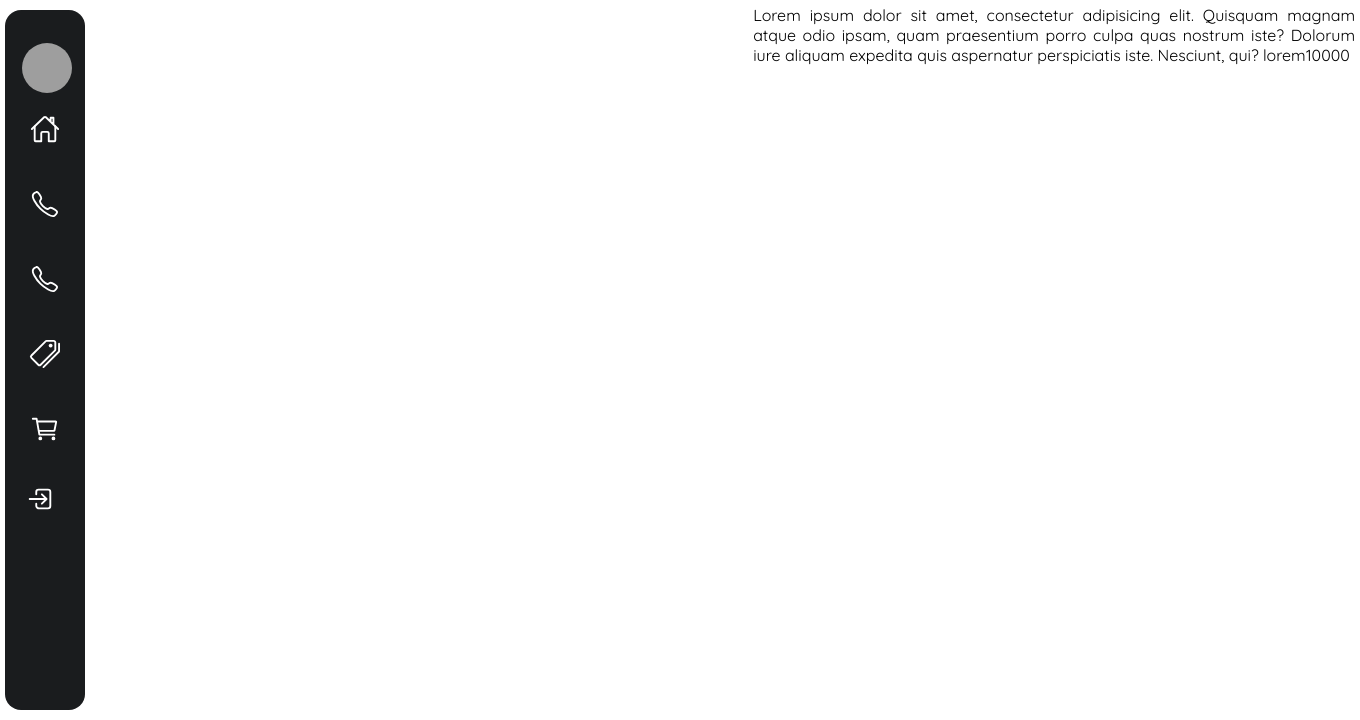
Repository: Fuocmanh/demo
Page: site/nav.html
An editor plug-in stored every save of this project. The page is shown before and after a run of saves, followed by the edit.
The browser window is 1280 px wide. The page is 1360 px wide, then 1280 px, so the pictures cover 1360 px, including what lies to the right of the window. The pictures show the whole page.
Pictures or frames that could not be fetched are drawn as grey boxes.

Above is the page before, as saved 2022-12-30 17:37:39.

### site/nav.html
<!DOCTYPE html>
<html lang="en">

<head>
    <meta charset="UTF-8">
    <meta name="viewport" content="width=device-width, initial-scale=1" />
    <link rel="stylesheet" href="../css/style.css">
    <script type="module" src="https://unpkg.com/ionicons@5.5.2/dist/ionicons/ionicons.esm.js"></script>
    <script nomodule src="https://unpkg.com/ionicons@5.5.2/dist/ionicons/ionicons.js"></script>
</head>

<body >
    <section id="sidebar">
        <div class="sidebar">
            <a href="#" class="logo">
                <img src="https://i.pinimg.com/550x/dd/6d/22/dd6d2277032c5f365dd3149d45b3a820.jpg" alt="" class="logo-image" />
            </a>
            <nav>
                <ul class="menu">
                    <li class="menu-item">
                        <a href="#" class="menu-link">
                            <ion-icon name="home-outline"></ion-icon>
                            <span>Trang chủ</span>
                        </a>
                    </li>
                    <li class="menu-item">
                        <a href="#" class="menu-link">
                            <ion-icon name="call-outline"></ion-icon>
                            <span>Liên hệ</span>
                        </a>
                    </li>
                    <li class="menu-item">
                        <a href="#" class="menu-link">
                            <ion-icon name="call-outline"></ion-icon>
                            <span>Giới thiệu</span>

                        </a>
                    </li>
                    <li class="menu-item">
                        <a href="#" class="menu-link">
                            <ion-icon name="pricetags-outline"></ion-icon>
                            <span>Sản phẩm</span>
                        </a>
                    </li>
                    <li class="menu-item">
                        <a href="#" class="menu-link">
                            <ion-icon name="cart-outline"></ion-icon>
                            <span>Giỏ hàng</span>
                        </a>
                    </li>
                    <li class="menu-item" style="margin: -5px;">
                        <a href="#" class="menu-link">
                            <ion-icon name="log-in-outline"></ion-icon>
                            <span>Đăng xuất</span>
                        </a>
                    </li>
                </ul>
            </nav>

            <!-- <div class="">
                <a href="#!"><ion-icon name="log-in-outline"></ion-icon></a>
            </div> -->
        </div>
    </section>
    <section class="content">
        <p style="text-align: justify;padding: 5px;">Lorem ipsum dolor sit amet, consectetur adipisicing elit. Quisquam magnam atque odio ipsam, quam praesentium porro culpa quas nostrum iste? Dolorum iure aliquam expedita quis aspernatur perspiciatis iste. Nesciunt, qui?
            lorem10000
        </p>
    </section>
    <script src="../js/style.js"></script>
</body>

</html>

### css/style.css
@import url('https://fonts.googleapis.com/css2?family=Quicksand:wght@300;400;500;600;700&display=swap');

html {
    font-family: 'Quicksand', sans-serif;
}

* {
    /* font-size: 18px; */
    width: 100%;
    margin: 0px;
    padding: 0px;
    box-sizing: border-box;
}

body {
    width: 100%;
    display: flex;
    flex-direction: row;
    position: static;
}

#sidebar {
    position: relative;
    height: calc(100% - 20px);
    top 10
    width: max-content;
    /* background-color: aqua; */
    margin: 10px 5px;
}

.sidebar {
    position: fixed;
    background-color: #1A1C1E;
    width: 80px;
    height: calc(100% - 20px);

    padding: 40px 5px;
    border-radius: 16px;
    transition: 0.5s;
    /* transform: translate(0px,20%);    */
}

ion-icon {
    font-size: 30px;
    color: #FFFFFF;
}

.sidebar:not(:hover) .logo-image {
    transform: translate(-16px, -7px);
}

.logo {
    width: 100%;
    height: 50px;
}

.logo-image {
    transform: translateY(-8px);
    margin: 0 40%;
    width: 50px;
    height: 50px;
    border-radius: 50%;
}

.sidebar:hover  {
    width: 200px;
}

.sidebar:not(:hover) .menu-link span {
    display: none;
}

li {
    width: 100%;
    display: flex;
    align-items: center;
    justify-content: center;
    margin-bottom: 25px;
}

.menu-link {
    width: 100%;
    display: flex;
    color: #FFFFFF;
    list-style: none;
    text-decoration: none;
    padding: 10px;
    border-radius: 9% 91% 91% 9% / 52% 48% 52% 48%;
}

.menu-link:hover {
    border-radius: 9% 91% 91% 9% / 52% 48% 52% 48%;
    background-color: rgba(0, 0, 0, .5);
}

.menu-link span {
    transform: translate(-25px, 5px);
}
.content{
    width: calc(100% - 90px);
    transform: translateX(80px);
}
@media screen and (max-width:768px) {
    body {
        gap: 0px;
        flex-direction: column;
    }

    #sidebar {
        position: fixed;
        bottom: 2px;
        margin: 0 auto;
        padding: 0 !important;
        height: max-content;
        width: 100%;

        /* background-color: #1A1C1E; */
    }

    .sidebar {
        display: flex;
        flex-direction: row;
        align-items: center;
        justify-content: center;
        background-color: #1A1C1E;
        width: calc(100% - 10px);
        height: 50px !important;
        padding: 0 5px;
        margin: 0 auto;
    }

    .menu {
        display: flex;
        align-items: center !important;
        justify-content: center !important;
        flex-direction: row;
    }

    .sidebar:hover {
        width: 100%;
        /* height: max-content; */
    }

    .sidebar .menu-link span {
        display: none;
    }

    .sidebar:hover .logo-image {
        transform: translate(-16px, -7px);

    }

    .menu-link span,
    .logo-image {
        transform: translate(0px);
    }

    li {
        margin: 0;
    }

    .logo {
        display: none;
    }

    ion-icon {
        font-size: 20px;
    }

    .menu-link {
        border-radius: 50% 50% 50% 50% / 68% 70% 30% 32%;
    }

    .menu-link:hover {
        border-radius: 50% 50% 50% 50% / 68% 70% 30% 32%;
        background-color: rgba(0, 0, 0, .5);
    }
}

### js/style.js
var nav = document.getElementById('nav');
function hideShowNav(){
    display=nav.style.display ;
    display=='none'?nav.style.display ='block':nav.style.display ='none';
    // nav.style.opacity='1';
}
// function onchane(){
//     let width = document.getElementsByClassName('.box').style.width='50%';
// console.log(width);
// }

After the next 4 saves:
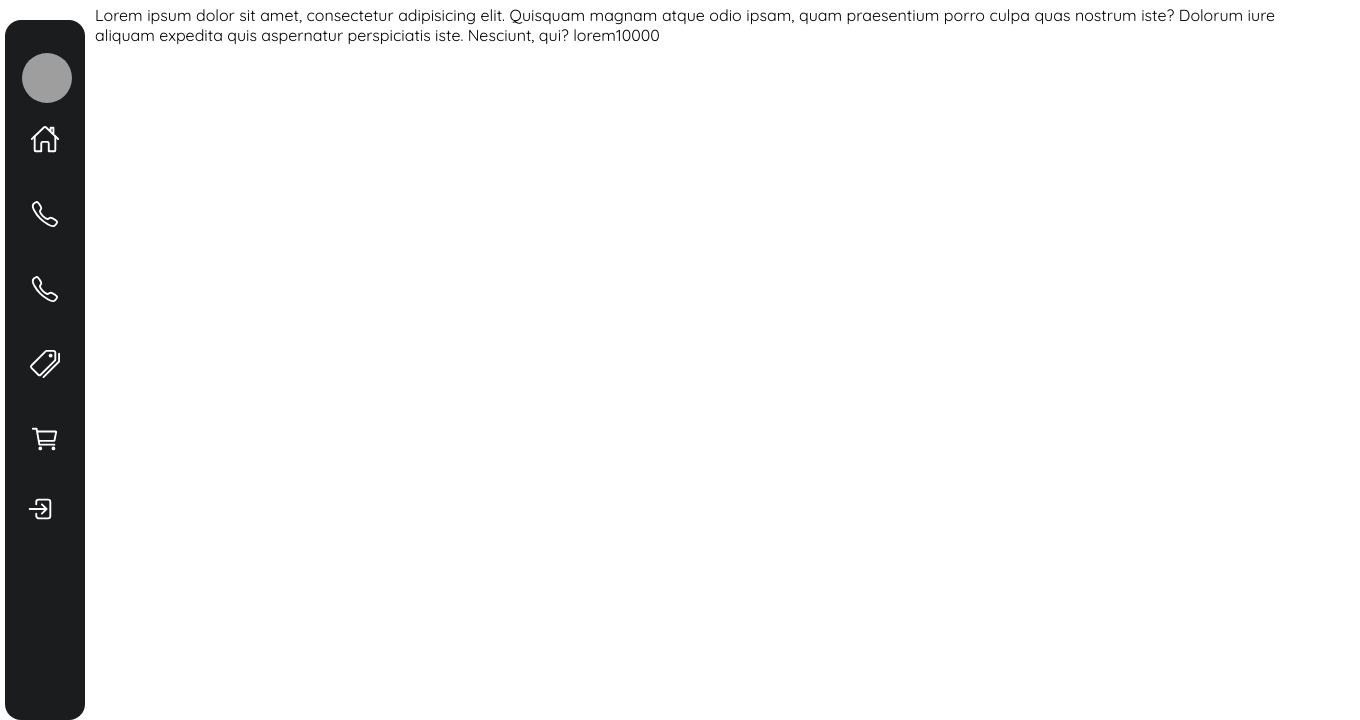
The 4 saves are shown as one change because they came seconds apart.
The last was saved 11 s later.
--- a/css/style.css
+++ b/css/style.css
@@ -22,7 +22,8 @@ body {
 #sidebar {
     position: relative;
     height: calc(100% - 20px);
-    top 10
+    top: 10px;
+    bottom: 10px;
     width: max-content;
     /* background-color: aqua; */
     margin: 10px 5px;
